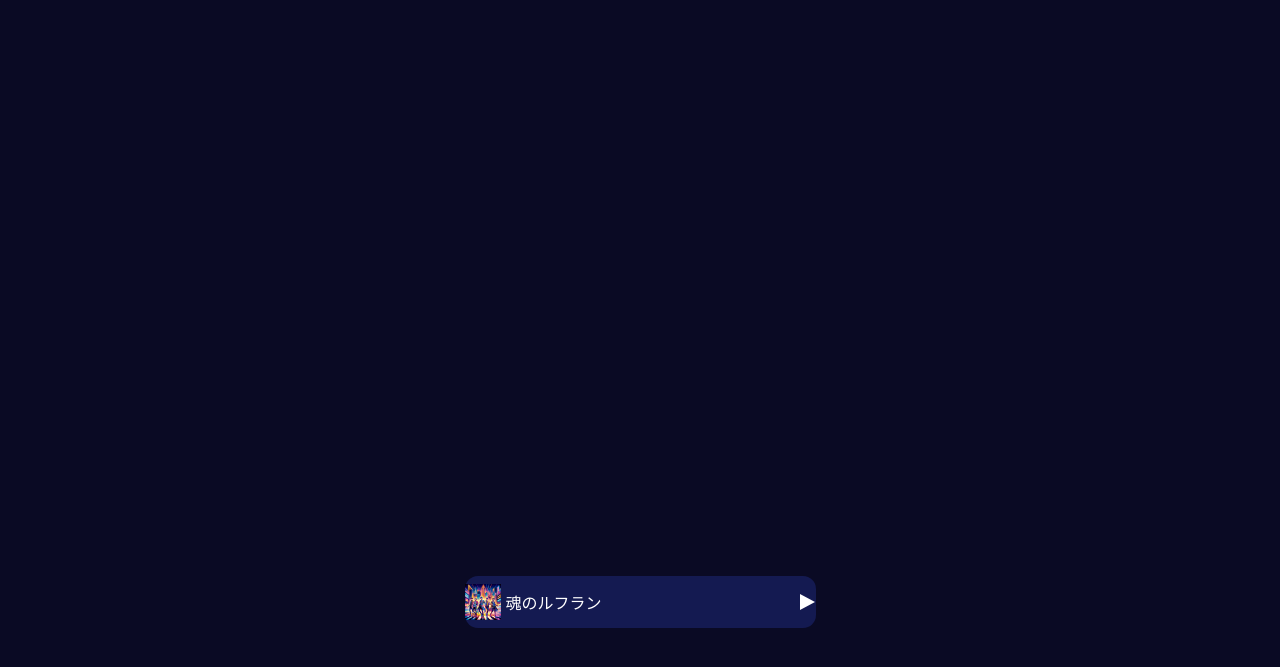
Repository: FujieRyou/2024_team
Page: /components/nowMusic
These files come from the project's save history. The page is drawn as it stood at one moment and after the next save; the edit follows.
The browser window is 1280 px wide. The pictures show the whole page.
The project was rebuilt for these pictures with package versions that can differ from the ones it lists, and the page was loaded fresh each time. The framework's server and built-in components were replaced by stand-ins that run in the browser. Also part of the build but not shown: next.config.js.

Above is the page before, as saved 2024-02-09 10:12:47.

After the next save:
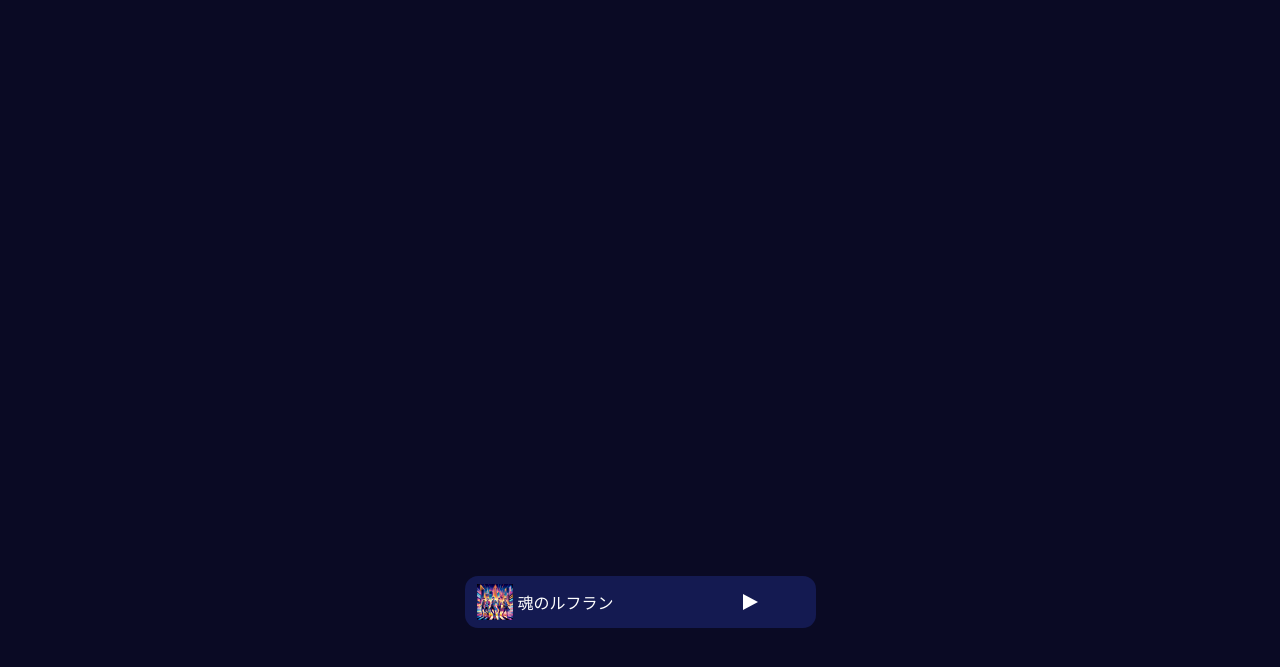
Saved 42 s later.
--- a/src/styles/index.css
+++ b/src/styles/index.css
@@ -511,6 +511,7 @@ li img {
     display: flex;
     justify-content: space-between;
     align-items: center;
+    padding: 0px 57px 0px 12px;
 }
 
 .nowMusicWrap img{
